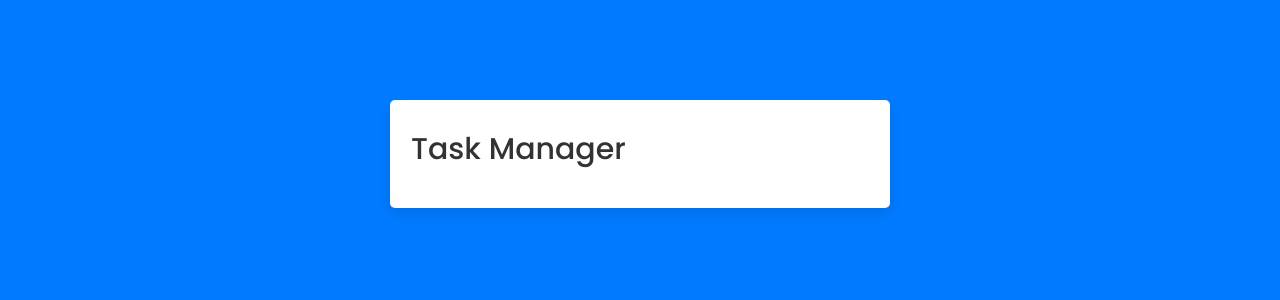
Repository: lucas-andedi/mern-task-manager-app-backend
Page: / (app in frontend/)
The author's editor kept a copy of each file at every save. The page is drawn from the files as they stood at one save, then again after a run of saves.
The browser window is 1280 px wide. The pictures show the whole page.
The project was rebuilt for these pictures with package versions that can differ from the ones it lists, and the page was loaded fresh each time.

Above is the page before, as saved 2022-11-28 13:00:24.

After the next 2 saves:
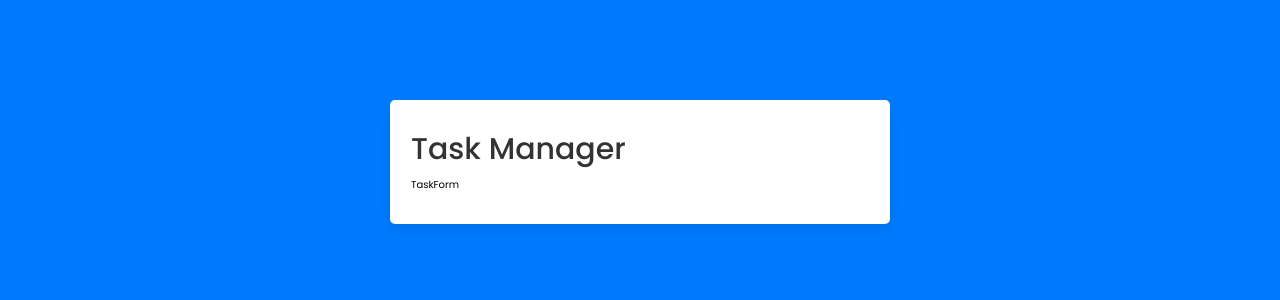
The 2 saves are shown as one change because they came seconds apart.
The last was saved 8 s later.
--- a/frontend/src/components/TaskList.js
+++ b/frontend/src/components/TaskList.js
@@ -1,10 +1,11 @@
+import TaskForm from "./TaskForm"
 
 
 const TaskList = () => {
   return (
     <div>
       <h2>Task Manager</h2>
-
+      <TaskForm />
     </div>
   )
 }
